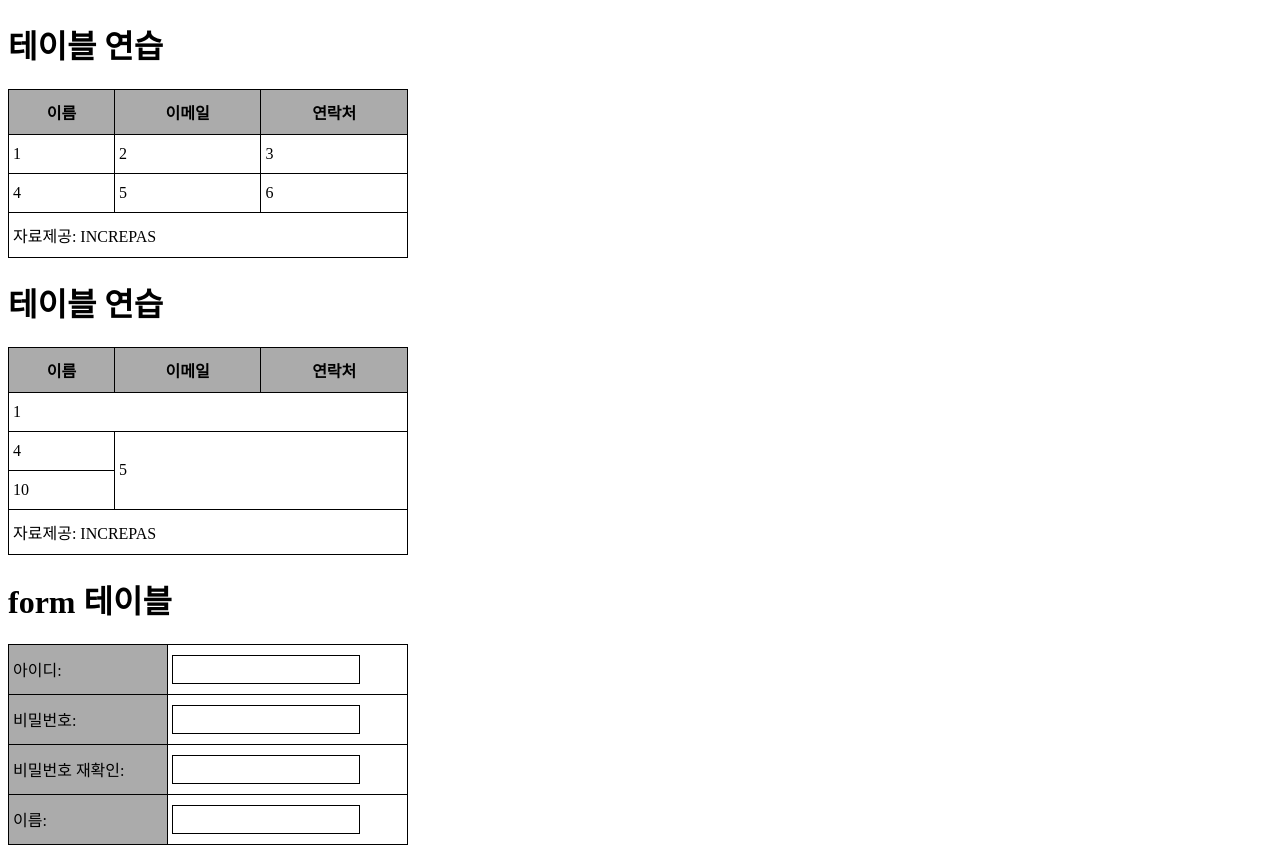
Repository: CHOKIHO/html
Page: work/0109/WebContent/ex2_form_table.html
An editor plug-in stored every save of this project. The page is shown before and after the next save, followed by the edit.
The browser window is 1280 px wide. The pictures show the whole page.

Above is the page before, as saved 2017-01-09 02:32:04.

After the next save:
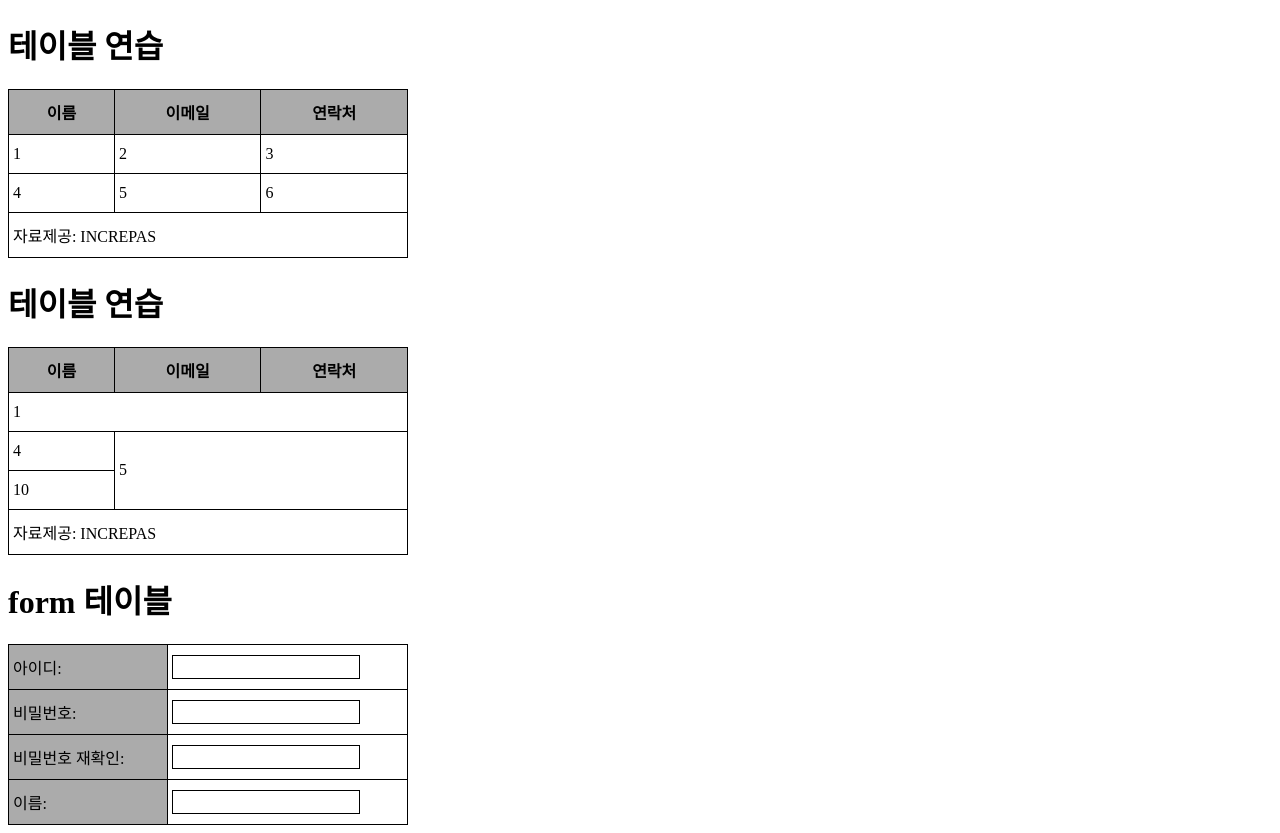
Saved 6 s later.
--- a/work/0109/WebContent/ex2_form_table.html
+++ b/work/0109/WebContent/ex2_form_table.html
@@ -28,7 +28,7 @@
 
 	input {
 		border:1px solid black;
-		height:25px;
+		height:20px;
 		padding-left: 7px;
 	}
 
